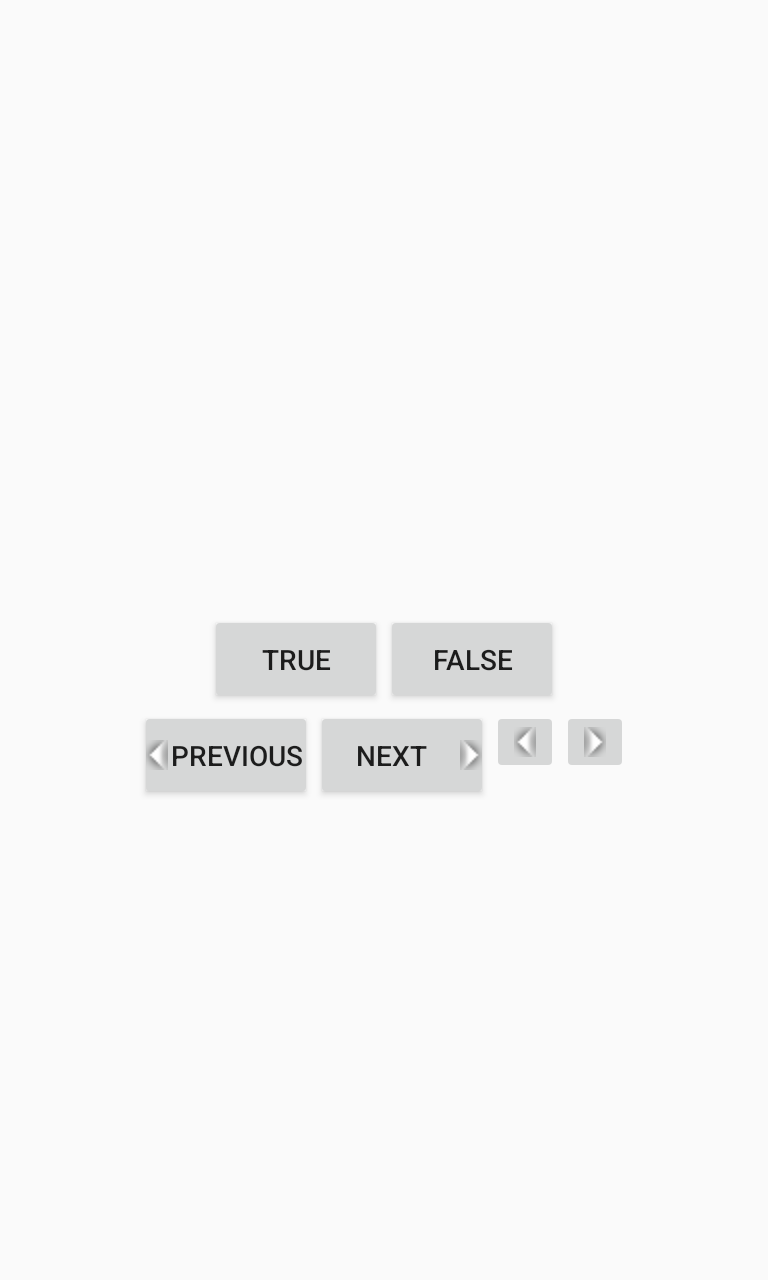
Repository: DaleJulian/AndroidTraining
Layout: GeoQuiz/res/layout/activity_quiz.xml
An editor plug-in stored every save of this project. The layout is shown before and after the next save, followed by the edit.
It is drawn on a 768 x 1280 px phone screen (xhdpi) without system bars, with theme AppTheme; the app's code is not run.

Above is the layout before, as saved 2015-05-26 03:35:58.

### GeoQuiz/res/layout/activity_quiz.xml
<LinearLayout xmlns:android="http://schemas.android.com/apk/res/android"
	android:layout_width="match_parent"
	android:layout_height="match_parent"
	android:gravity="center"
	android:orientation="vertical" >

    <TextView
        android:id="@+id/question_text_view"
        android:layout_width="wrap_content"
        android:layout_height="wrap_content"
        android:padding="24dp"
    />

	<LinearLayout
		android:layout_width="wrap_content"
		android:layout_height="wrap_content"
		android:orientation="horizontal" >
		<Button
			android:id="@+id/true_button"
			android:layout_width="wrap_content"
			android:layout_height="wrap_content"
			android:text="@string/button_true" />
		<Button
		    android:id="@+id/false_button"
			android:layout_width="wrap_content"
			android:layout_height="wrap_content"
			android:text="@string/button_false" />
	</LinearLayout>

	<LinearLayout
	    android:layout_width="wrap_content"
	    android:layout_height="wrap_content"
		android:orientation="horizontal" >

		<Button
		    android:id="@+id/previous_button"
		    android:layout_width="wrap_content"
		    android:layout_height="wrap_content"
		    android:drawableLeft="@drawable/arrow_left"
		    android:padding="4dp"
		    android:text="@string/button_previous"
		    />

		<Button
		    android:id="@+id/next_button"
		    android:layout_width="wrap_content"
		    android:layout_height="wrap_content"
		    android:drawableRight="@drawable/arrow_right"
		    android:padding="4dp"
			android:text="@string/button_next"
		    />
		<ImageButton
		    android:id="@+id/next_button_mini"
		    android:layout_width="wrap_content"
		    android:layout_height="wrap_content"
		    android:src="@drawable/arrow_left"
		    />
		<ImageButton
		    android:id="@+id/prev_button_mini"
		    android:layout_width="wrap_content"
		    android:layout_height="wrap_content"
		    android:src="@drawable/arrow_right"
		    />

	</LinearLayout>

</LinearLayout>

### GeoQuiz/res/values/strings.xml
<?xml version="1.0" encoding="utf-8"?>
<resources>

    <string name="app_name">GeoQuiz</string>
    <string name="question_text">Constantinople is the largest city in Turkey</string>
    <string name="button_true">True</string>
    <string name="button_false">False</string>
    <string name="correct_toast">Correct!</string>
    <string name="incorrect_toast">Incorrect!</string>
    <string name="action_settings">Settings</string>
    <string name="button_next">Next</string>
    <string name="button_previous">Previous</string>
	<string name="question_oceans">The Pacific Ocean is larger than the Atlantic Ocean.</string>
	<string name="question_mideast">The Suez Canal connects the Red Sea and the Indian Ocean.</string>
	<string name="question_africa">The source of the Nile River is in Egypt. </string>
	<string name="question_americas">The Amazon River is the longest river in America.</string>
	<string name="question_asia">Lake Baikal is the world\'s oldest and deepest freshwater lake.</string>

</resources>

Loaded but not shown: GeoQuiz/res/values/styles.xml (common file); GeoQuiz/res/values-v11/styles.xml (common file); GeoQuiz/res/values-v14/styles.xml (common file)

After the next save:
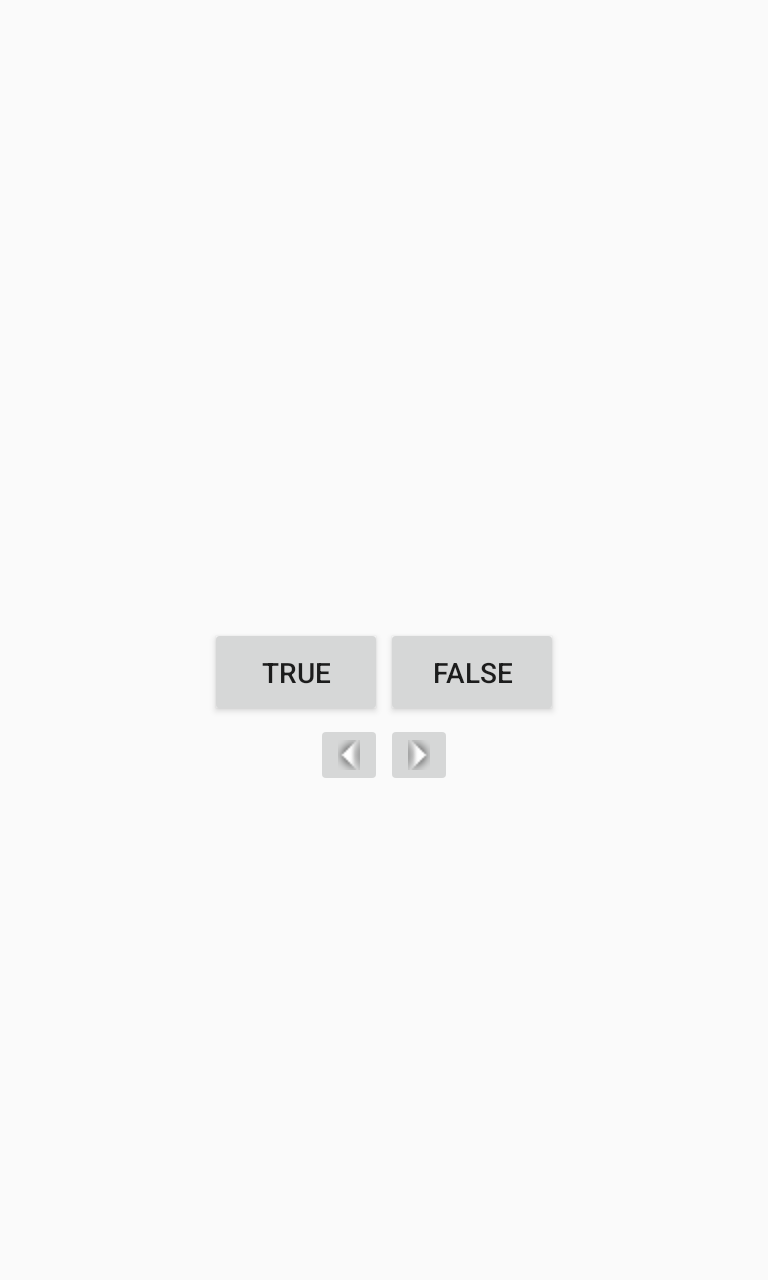
Saved 15 s later.
--- a/GeoQuiz/res/layout/activity_quiz.xml
+++ b/GeoQuiz/res/layout/activity_quiz.xml
@@ -32,23 +32,7 @@
 	    android:layout_height="wrap_content"
 		android:orientation="horizontal" >
 
-		<Button
-		    android:id="@+id/previous_button"
-		    android:layout_width="wrap_content"
-		    android:layout_height="wrap_content"
-		    android:drawableLeft="@drawable/arrow_left"
-		    android:padding="4dp"
-		    android:text="@string/button_previous"
-		    />
 
-		<Button
-		    android:id="@+id/next_button"
-		    android:layout_width="wrap_content"
-		    android:layout_height="wrap_content"
-		    android:drawableRight="@drawable/arrow_right"
-		    android:padding="4dp"
-			android:text="@string/button_next"
-		    />
 		<ImageButton
 		    android:id="@+id/next_button_mini"
 		    android:layout_width="wrap_content"
